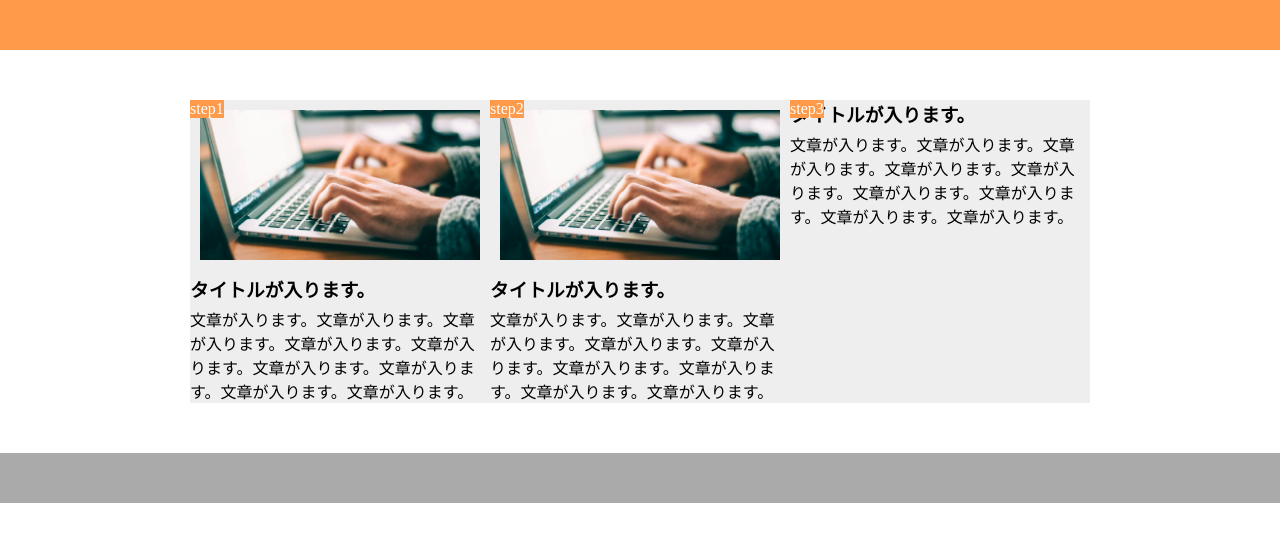
Repository: papisi-zu/book1
Page: exercises9/exercises9.html
The author's editor kept a record of every edit. The page is drawn from the files as they stood at one moment, then again after the next edit.
The browser window is 1280 px wide. The pictures show the whole page.

Above is the page before.

After the next edit:
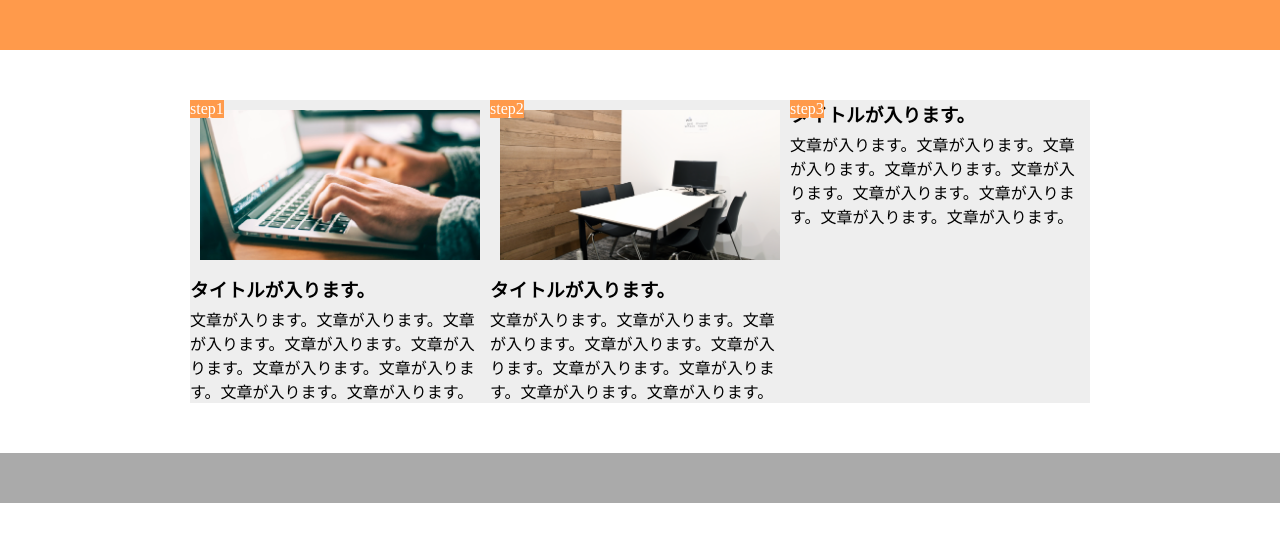
The edit:
--- a/exercises9/exercises9.css
+++ b/exercises9/exercises9.css
@@ -44,7 +44,7 @@
 
 .step-image2 {
   height: 150px;
-  background-image: url(img/flow01.png);
+  background-image: url(img/flow02.png);
   background-size: cover;
   background-position: bottom;
   display: block;
